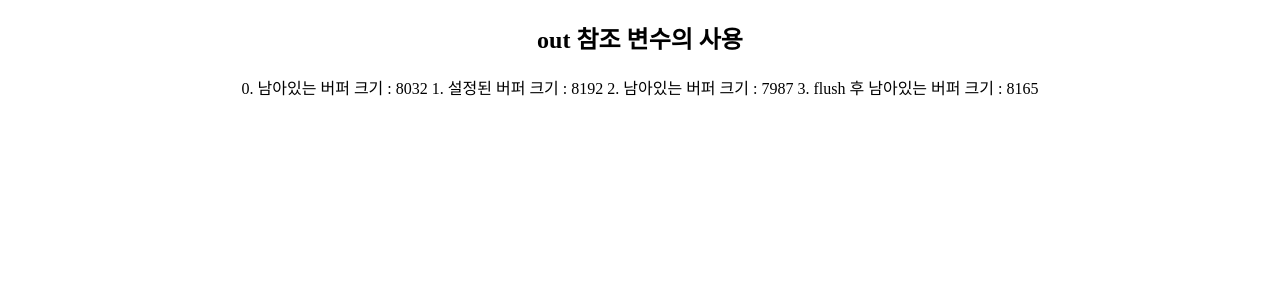
Repository: papav-hub/Web_Study
Page: http://localhost/jspbook/ch06/out.jsp
These files come from the project's save history. The page is drawn as it stood at one moment and after the next save; the edit follows.
The browser window is 1280 px wide. The pictures show the whole page.
The page is served by Tomcat 9.

Above is the page before, as saved 2021-10-07 00:45:43.

After the next save:
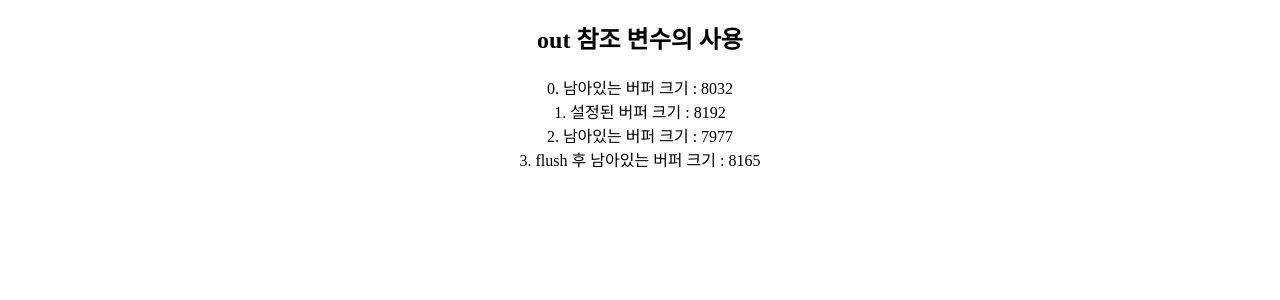
Saved 44 s later.
--- a/jspbook/src/main/webapp/ch06/out.jsp
+++ b/jspbook/src/main/webapp/ch06/out.jsp
@@ -13,11 +13,11 @@
 <body>
 	<div align="center">
 		<H2>out 참조 변수의 사용</H2>
-		0. 남아있는 버퍼 크기 : <%=out.getRemaining() %>
-		1. 설정된 버퍼 크기 : <%=out.getBufferSize() %>
-		2. 남아있는 버퍼 크기 : <%=out.getRemaining() %>
+		0. 남아있는 버퍼 크기 : <%=out.getRemaining() %> <BR>
+		1. 설정된 버퍼 크기 : <%=out.getBufferSize() %> <BR>
+		2. 남아있는 버퍼 크기 : <%=out.getRemaining() %> <BR>
 		<% out.flush(); %>
-		3. flush 후 남아있는 버퍼 크기 : <%= out.getRemaining() %>
+		3. flush 후 남아있는 버퍼 크기 : <%= out.getRemaining() %> <BR>
 
 	</div>
 
